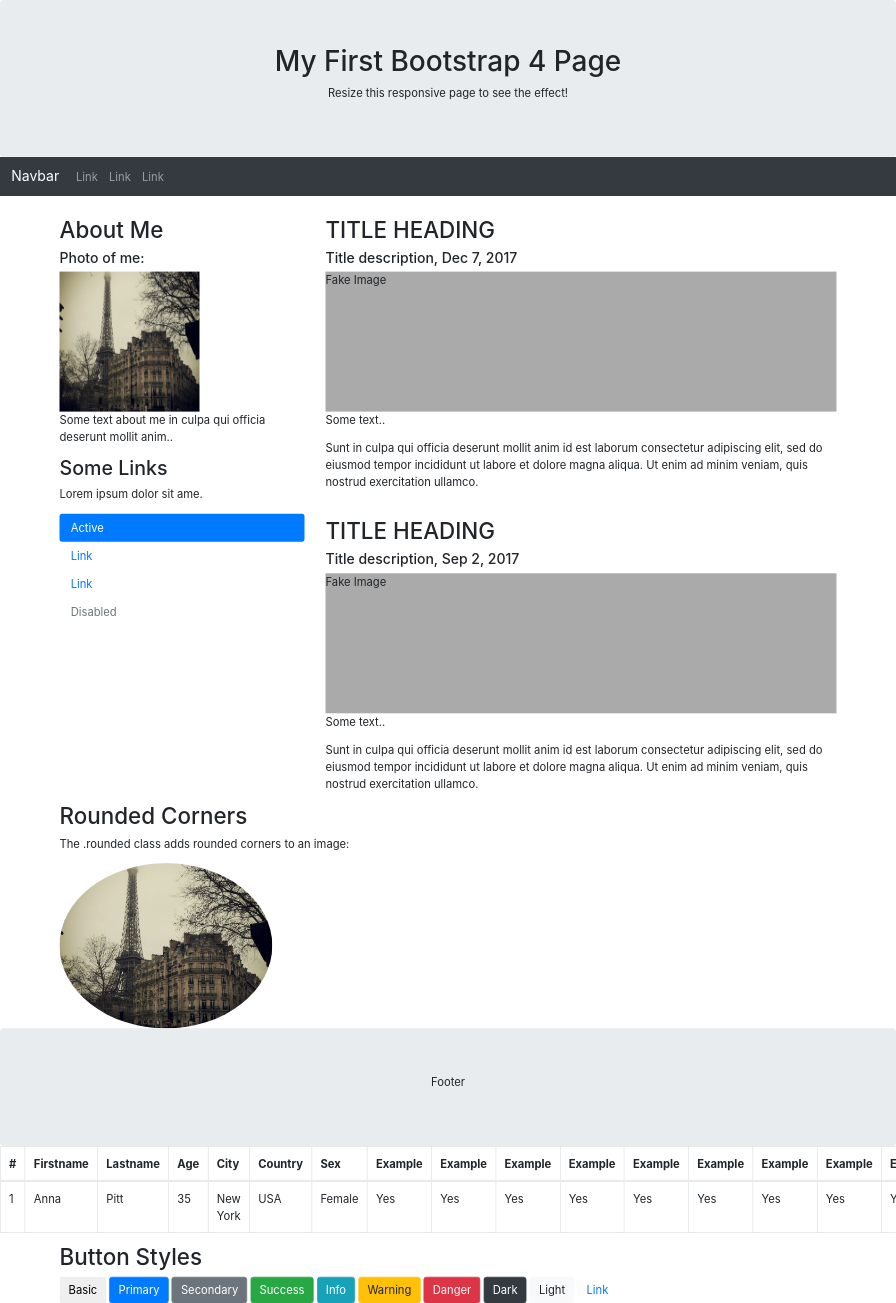
Repository: Anusha-Shilamkoti/Anusha
Page: MyFirstWebProject/WebContent/index.html
An editor plug-in stored every save of this project. The page is shown before and after the next save, followed by the edit.
The browser window is 1280 px wide. The pictures show the whole page, at 70% of full size.

Above is the page before, as saved 2020-01-20 03:59:07.

### MyFirstWebProject/WebContent/index.html
<!DOCTYPE html>
<html lang="en">
<head>
  <title>Welcome to Cognizant</title>
  <meta charset="utf-8">
  <head>
  <meta name="viewport" content="width=device-width, initial-scale=1">
  <link rel="stylesheet" href="Bootstrap/css/bootstrap.min.css">
  <script src="https://ajax.googleapis.com/ajax/libs/jquery/3.3.1/jquery.min.js"></script>
  <script src="Bootstrap/js/bootstrap.min.js"></script>
<style>
  .fakeimg {
    height: 200px;
    background: #aaa;
  }
  </style>
</head>
<body>

<div class="jumbotron text-center" style="margin-bottom:0">
  <h1>My First Bootstrap 4 Page</h1>
  <p>Resize this responsive page to see the effect!</p>
</div>

<nav class="navbar navbar-expand-sm bg-dark navbar-dark">
  <a class="navbar-brand" href="#">Navbar</a>
  <button class="navbar-toggler" type="button" data-toggle="collapse" data-target="#collapsibleNavbar">
    <span class="navbar-toggler-icon"></span>
  </button>
  <div class="collapse navbar-collapse" id="collapsibleNavbar">
    <ul class="navbar-nav">
      <li class="nav-item">
        <a class="nav-link" href="#">Link</a>
      </li>
      <li class="nav-item">
        <a class="nav-link" href="#">Link</a>
      </li>
      <li class="nav-item">
        <a class="nav-link" href="#">Link</a>
      </li>
    </ul>
  </div>
</nav>

<div class="container" style="margin-top:30px">
  <div class="row">
    <div class="col-md-4">
      <h2>About Me</h2>
      <h5>Photo of me:</h5>
      <div>
      <img alt="Anusha" src="image\paris.jpg"  width="200" height="200">
      </div>
      <p>Some text about me in culpa qui officia deserunt mollit anim..</p>
      <h3>Some Links</h3>
      <p>Lorem ipsum dolor sit ame.</p>
      <ul class="nav nav-pills flex-column">
        <li class="nav-item">
          <a class="nav-link active" href="#">Active</a>
        </li>
        <li class="nav-item">
          <a class="nav-link" href="#">Link</a>
        </li>
        <li class="nav-item">
          <a class="nav-link" href="#">Link</a>
        </li>
        <li class="nav-item">
          <a class="nav-link disabled" href="#">Disabled</a>
        </li>
      </ul>
      <hr class="d-sm-none">
    </div>
    <div class="col-sm-8">
      <h2>TITLE HEADING</h2>
      <h5>Title description, Dec 7, 2017</h5>
      <div class="fakeimg">Fake Image</div>
      <p>Some text..</p>
      <p>Sunt in culpa qui officia deserunt mollit anim id est laborum consectetur adipiscing elit, sed do eiusmod tempor incididunt ut labore et dolore magna aliqua. Ut enim ad minim veniam, quis nostrud exercitation ullamco.</p>
      <br>
      <h2>TITLE HEADING</h2>
      <h5>Title description, Sep 2, 2017</h5>
      <div class="fakeimg">Fake Image</div>
      <p>Some text..</p>
      <p>Sunt in culpa qui officia deserunt mollit anim id est laborum consectetur adipiscing elit, sed do eiusmod tempor incididunt ut labore et dolore magna aliqua. Ut enim ad minim veniam, quis nostrud exercitation ullamco.</p>
    </div>
  </div>
</div>
<div class="container">
  <h2>Rounded Corners</h2>
  <p>The .rounded class adds rounded corners to an image:</p>
  <img src="image/paris.jpg" class="rounded-circle" alt="Cinque Terre" width="304" height="236">
</div>

<div class="jumbotron text-center" style="margin-bottom:0">
  <p>Footer</p>
</div>
 <div class="table-responsive">
    <table class="table table-bordered">
      <thead>
        <tr>
          <th>#</th>
          <th>Firstname</th>
          <th>Lastname</th>
          <th>Age</th>
          <th>City</th>
          <th>Country</th>
          <th>Sex</th>
          <th>Example</th>
          <th>Example</th>
          <th>Example</th>
          <th>Example</th>
          <th>Example</th>
          <th>Example</th>
          <th>Example</th>
          <th>Example</th>
          <th>Example</th>
          <th>Example</th>
          <th>Example</th>
          <th>Example</th>
        </tr>
      </thead>
      <tbody>
        <tr>
          <td>1</td>
          <td>Anna</td>
          <td>Pitt</td>
          <td>35</td>
          <td>New York</td>
          <td>USA</td>
          <td>Female</td>
          <td>Yes</td>
          <td>Yes</td>
          <td>Yes</td>
          <td>Yes</td>
          <td>Yes</td>
          <td>Yes</td>
          <td>Yes</td>
          <td>Yes</td>
          <td>Yes</td>
          <td>Yes</td>
          <td>Yes</td>
          <td>Yes</td>
        </tr>
      </tbody>
    </table>
  </div>

<div class="container">
  <h2>Button Styles</h2>
  <button type="button" class="btn">Basic</button>
  <button type="button" class="btn btn-primary">Primary</button>
  <button type="button" class="btn btn-secondary">Secondary</button>
  <button type="button" class="btn btn-success">Success</button>
  <button type="button" class="btn btn-info">Info</button>
  <button type="button" class="btn btn-warning">Warning</button>
  <button type="button" class="btn btn-danger">Danger</button>
  <button type="button" class="btn btn-dark">Dark</button>
  <button type="button" class="btn btn-light">Light</button>
  <button type="button" class="btn btn-link">Link</button>
</div>
</body>
</html>

Loaded but not shown: MyFirstWebProject/WebContent/Bootstrap/css/bootstrap.min.css (library); MyFirstWebProject/WebContent/Bootstrap/js/bootstrap.min.js (library)

After the next save:
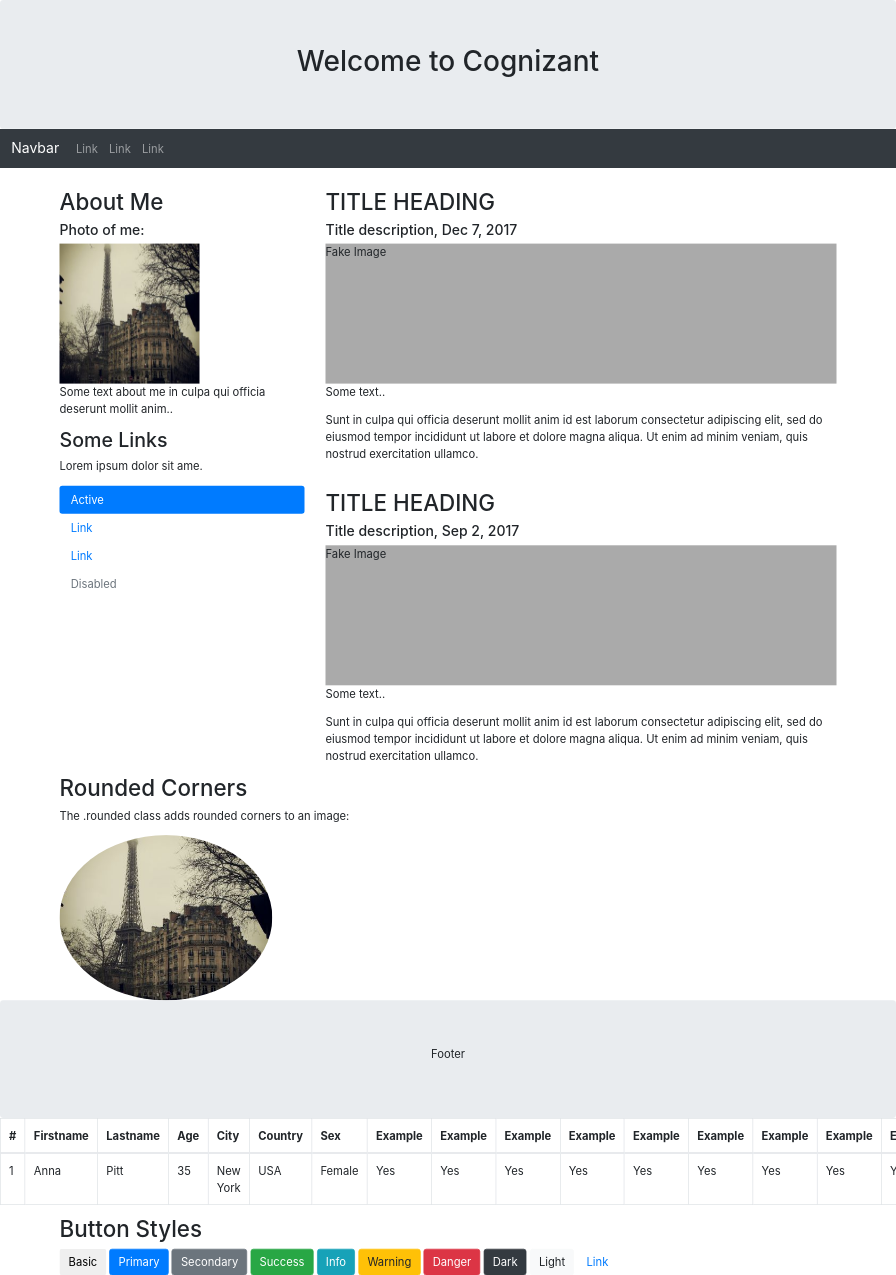
Saved 44 s later.
--- a/MyFirstWebProject/WebContent/index.html
+++ b/MyFirstWebProject/WebContent/index.html
@@ -18,8 +18,7 @@
 <body>
 
 <div class="jumbotron text-center" style="margin-bottom:0">
-  <h1>My First Bootstrap 4 Page</h1>
-  <p>Resize this responsive page to see the effect!</p>
+  <h1>Welcome to Cognizant</h1>
 </div>
 
 <nav class="navbar navbar-expand-sm bg-dark navbar-dark">
